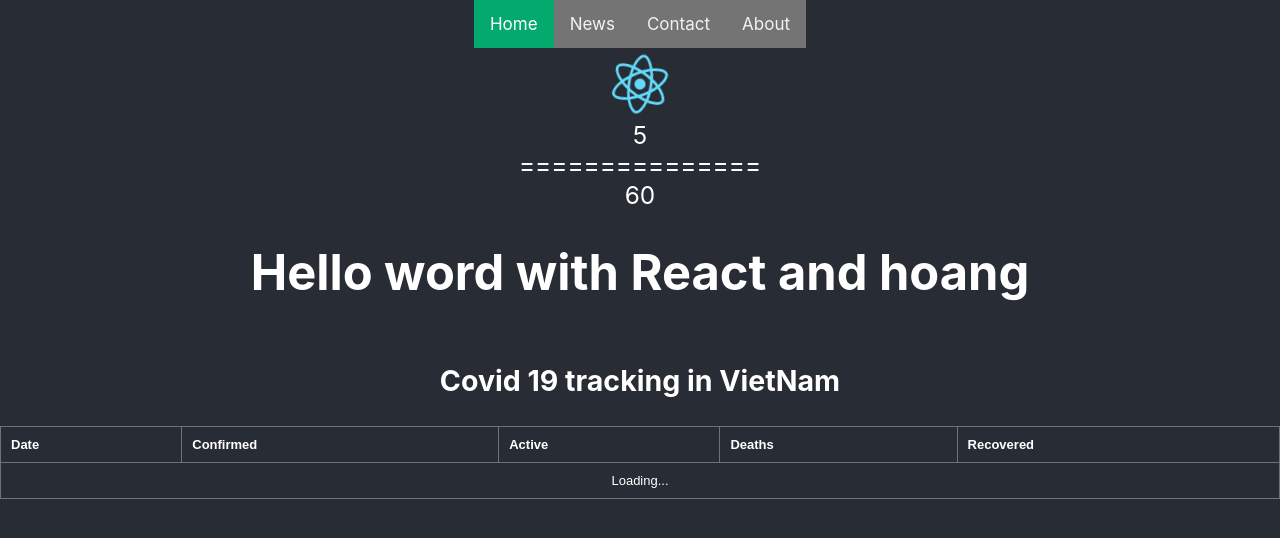
Repository: hoang0508/ReactJsHookBasic
Page: /
An editor plug-in stored every save of this project. The page is shown before and after the next save, followed by the edit.
The browser window is 1280 px wide. The pictures show the whole page.
The page's requests for data from a server got no answer. The project was rebuilt for these pictures with package versions that can differ from the ones it lists, and the page was loaded fresh each time. No one was signed in, and anything a server would have sent is missing. Also part of the build but not shown: src/views/Todo.js.

Above is the page before, as saved 2021-11-14 22:18:17.

### src/App.js
import logo from "./logo.svg";
import "./App.css";
import Nav from "./views/Nav";
import { useState, useEffect } from "react";
import Todo from "./views/Todo";
import Covid from "./views/covid";
import { Countdown, NewCountDown } from "./views/Countdown";
// template + logic
// JSX
// babel
function App() {
  // state
  // let name = "Hoang";
  // useState (hook)
  let [name, setName] = useState("hoang");
  const [address, setAddress] = useState("");
  const [todos, setTodos] = useState([
    { id: "todo1", title: "My school EPU", type: "hoang" },
    { id: "todo2", title: "Doing homework", type: "huy" },
  ]);

  // didmount
  useEffect(() => {
    console.log("run use effect");
  }, [address]);

  useEffect(() => {
    console.log("run use effect todo");
  }, [todos]);

  const handleEventClick = (event) => {
    // setName(address); // setName re render
    // console.log("click me", name);
    // hook not merge state
    if (!address) {
      alert("empty input");
      return;
    }
    let newTodo = {
      id: Math.floor(Math.random() * 1000),
      title: address,
      type: "hoang",
    };
    setTodos([...todos, newTodo]); // spread
    setAddress("");
  };
  const handleOnchangeInput = (event) => {
    setAddress(event.target.value);
    // console.log(event.target.value);
  };
  const deleteDataTodo = (id) => {
    let currentTodos = todos;
    currentTodos = currentTodos.filter((item) => item.id !== id);
    setTodos(currentTodos);
  };

  const onTimesup = () => {
    // alert("times up");
  };
  return (
    <div className="App">
      <header className="App-header">
        <Nav />
        <img src={logo} className="App-logo" alt="logo" />
        <Countdown onTimesup={onTimesup} />
        <span>===============</span>
        <NewCountDown />
        <h1>Hello word with React and {name}</h1>
        <Covid />
        {/* <Todo
          todos={todos}
          title={"All todos"}
          deleteDataTodo={deleteDataTodo}
        />
        <Todo
          todos={todos.filter((item) => item.type === "hoang")}
          title={"Hoang's todo"}
          deleteDataTodo={deleteDataTodo}
        />
        <input
          type="text"
          value={address}
          onChange={(event) => handleOnchangeInput(event)}
        />
        <button type="button" onClick={(event) => handleEventClick(event)}>
          Click me
        </button> */}
      </header>
    </div>
  );
}

export default App;

### src/App.css
.App {
  text-align: center;
}

.App-logo {
  height: 10vmin;
  pointer-events: none;
}

@media (prefers-reduced-motion: no-preference) {
  .App-logo {
    animation: App-logo-spin infinite 20s linear;
  }
}

.App-header {
  background-color: #282c34;
  min-height: 100vh;
  display: flex;
  flex-direction: column;
  align-items: center;
  /* justify-content: center; */
  font-size: calc(10px + 2vmin);
  color: white;
}

.App-link {
  color: #61dafb;
}

@keyframes App-logo-spin {
  from {
    transform: rotate(0deg);
  }
  to {
    transform: rotate(360deg);
  }
}

table {
  font-family: arial, sans-serif;
  border-collapse: collapse;
  width: 100%;
  font-size: 13px;
}

td,
th {
  border: 1px solid #747171;
  text-align: left;
  padding: 10px;
}

tr:nth-child(even) {
  background-color: #545454;
}

### src/views/Nav.js
import "./Nav.scss";
const Nav = () => {
  return (
    <div className="topnav">
      <a className="active" href="#home">
        Home
      </a>
      <a href="#news">News</a>
      <a href="#contact">Contact</a>
      <a href="#about">About</a>
    </div>
  );
};

export default Nav;

### src/views/covid.js
import moment from "moment";
import { useEffect, useState } from "react";
import useFetch from "../customize/fetch";
const Covid = () => {
  const today = new Date(new Date().setHours(0, 0, 0, 0));
  const priorDate = moment().subtract(31, "days");
  const {
    data: dataCovid,
    isloading,
    isError,
  } = useFetch(
    `https://api.covid19api.com/country/vietnam?from=${priorDate.toISOString()}&to=${today.toISOString()}`
  );
  return (
    <>
      <h3>Covid 19 tracking in VietNam</h3>
      <table>
        <thead>
          <tr>
            <th>Date</th>
            <th>Confirmed</th>
            <th>Active</th>
            <th>Deaths</th>
            <th>Recovered</th>
          </tr>
        </thead>
        <tbody>
          {isError === false &&
            isloading === false &&
            dataCovid &&
            dataCovid.length > 0 &&
            dataCovid.map((item) => {
              return (
                <tr key={item.ID}>
                  <td>{item.Date}</td>
                  <td>{item.Confirmed}</td>
                  <td>{item.Active}</td>
                  <td>{item.Deaths}</td>
                  <td>{item.Recovered}</td>
                </tr>
              );
            })}

          {isloading === true && (
            <tr>
              <td colSpan="5" style={{ textAlign: "center" }}>
                Loading...
              </td>
            </tr>
          )}

          {isError === true && (
            <tr>
              <td colSpan="5" style={{ textAlign: "center" }}>
                Something wrong ...
              </td>
            </tr>
          )}
        </tbody>
      </table>
    </>
  );
};

export default Covid;

### src/views/Countdown.js
import React, { useEffect, useState } from "react";
class Countdown extends React.Component {
  state = {
    count: 10,
  };
  componentDidMount() {
    // setTimeout(() => {
    //   console.log("me");
    // }, 1000);

    this.timer = setInterval(() => {
      this.setState({
        count: this.state.count - 1,
      });
    }, 1000);
  }
  componentDidUpdate(prevProps, prevState) {
    if (prevState !== this.state.count && this.state.count === 0) {
      if (this.timer) {
        clearInterval(this.timer);
        this.props.onTimesup();
      }
    }
  }
  render() {
    return <div>{this.state.count}</div>;
  }
}

// export default Countdown;

const NewCountDown = () => {
  const [count, setCount] = useState(60);
  return <div>{count}</div>;
};

export { Countdown, NewCountDown };

### src/views/Nav.scss
.topnav {
  overflow: hidden;
  background-color: #747474;
  a {
    float: left;
    color: #f2f2f2;
    text-align: center;
    padding: 14px 16px;
    text-decoration: none;
    font-size: 17px;
  }
  a:hover {
    background-color: #ddd;
    color: black;
  }
  a.active {
    background-color: #04aa6d;
    color: white;
  }
}

### src/customize/fetch.js
import { useEffect, useState } from "react";
import axios from "axios";
import moment from "moment";
const useFetch = (url) => {
  const [data, setData] = useState([]);
  const [isloading, setIsLoading] = useState(true);
  const [isError, setIsError] = useState(false);
  // componentDidmount
  useEffect(() => {
    try {
      async function fetchData() {
        let reponse = await axios.get(url);
        let data = reponse && reponse.data ? reponse.data : [];
        if (data && data.length > 0) {
          data.map((item) => {
            item.Date = moment(item.Date).format("DD/MM/YYYY");
            return item;
          });
          data = data.reverse();
        }
        setData(data);
        setIsLoading(false);
        setIsError(false);
      }
      fetchData();
    } catch (e) {
      setIsError(true);
      setIsLoading(false);
    }
  }, []);

  return {
    data,
    isloading,
    isError,
  };
};

export default useFetch;

Loaded but not shown: public/index.html (common file); src/index.js (common file); src/index.css (common file); src/reportWebVitals.js (common file)

After the next save:
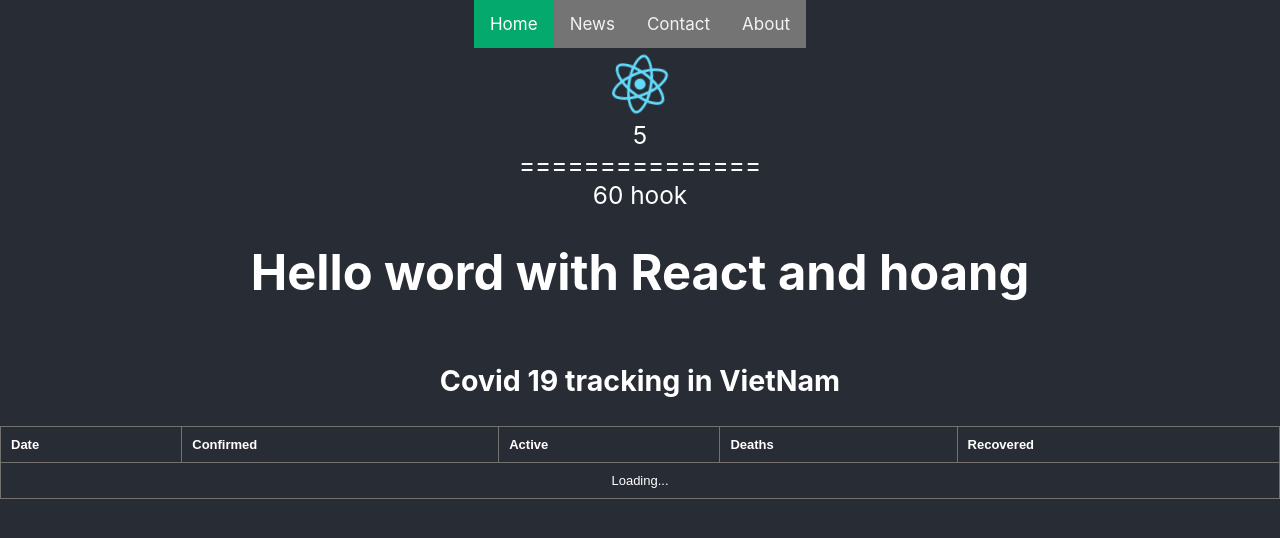
Saved 12 s later.
--- a/src/views/Countdown.js
+++ b/src/views/Countdown.js
@@ -31,7 +31,7 @@
 
 const NewCountDown = () => {
   const [count, setCount] = useState(60);
-  return <div>{count}</div>;
+  return <div>{count} hook</div>;
 };
 
 export { Countdown, NewCountDown };
